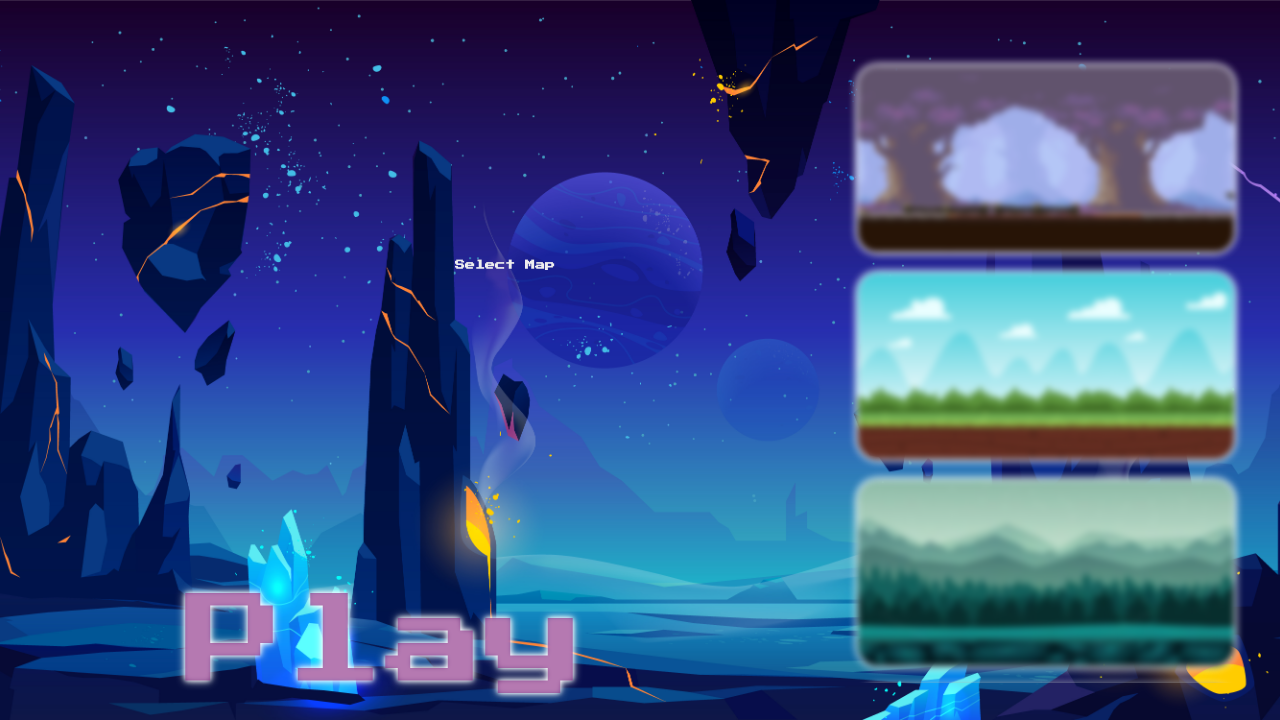
Repository: Gaurav31052/Fighting-game
Page: home.html
An editor plug-in stored every save of this project. The page is shown before and after a run of saves, followed by the edit.
The browser window is 1280 px wide. The pictures show the whole page.
An inner scrolling area shows only its first screen.

Above is the page before, as saved 2024-06-06 23:29:32.

After the next 3 saves:
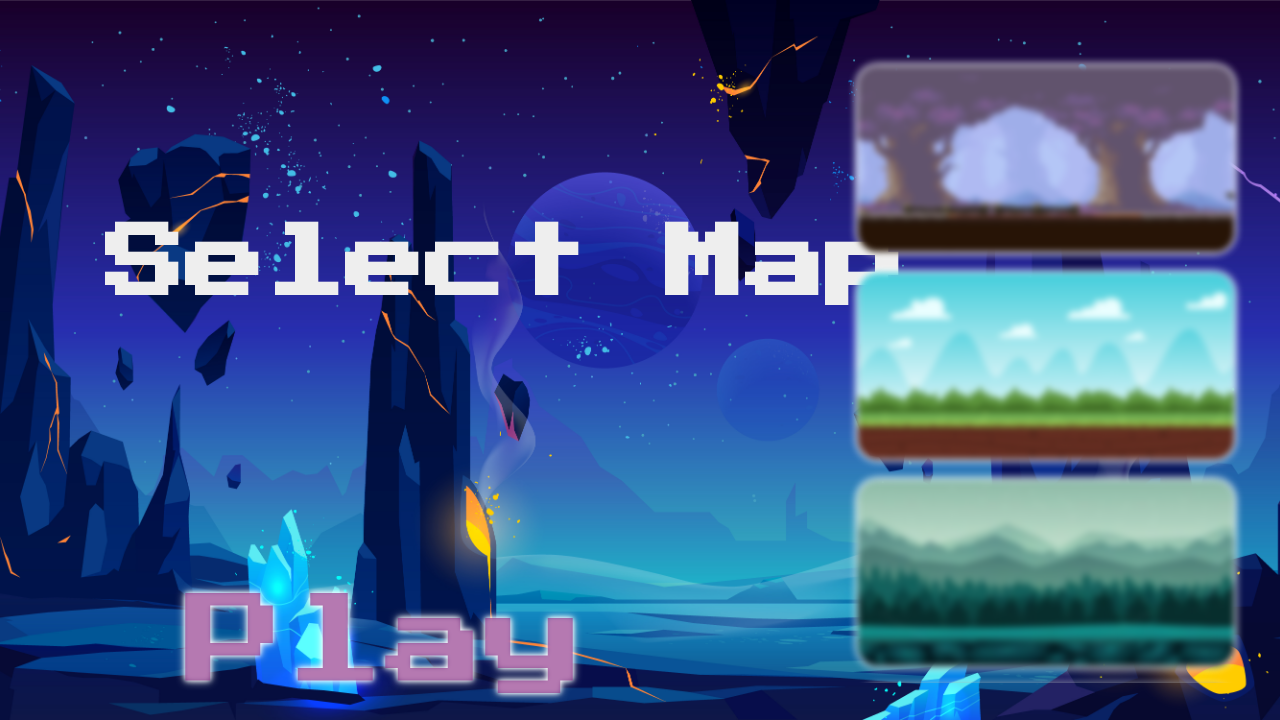
The 3 saves are shown as one change because they came seconds apart.
The last was saved 11 s later.
--- a/style.css
+++ b/style.css
@@ -63,7 +63,7 @@ a {
     font-family: "Press Start 2P", system-ui;
 }
 .MapName>h1{
-    font-size: 10px;
+    font-size: 80px;
 }
 
 
